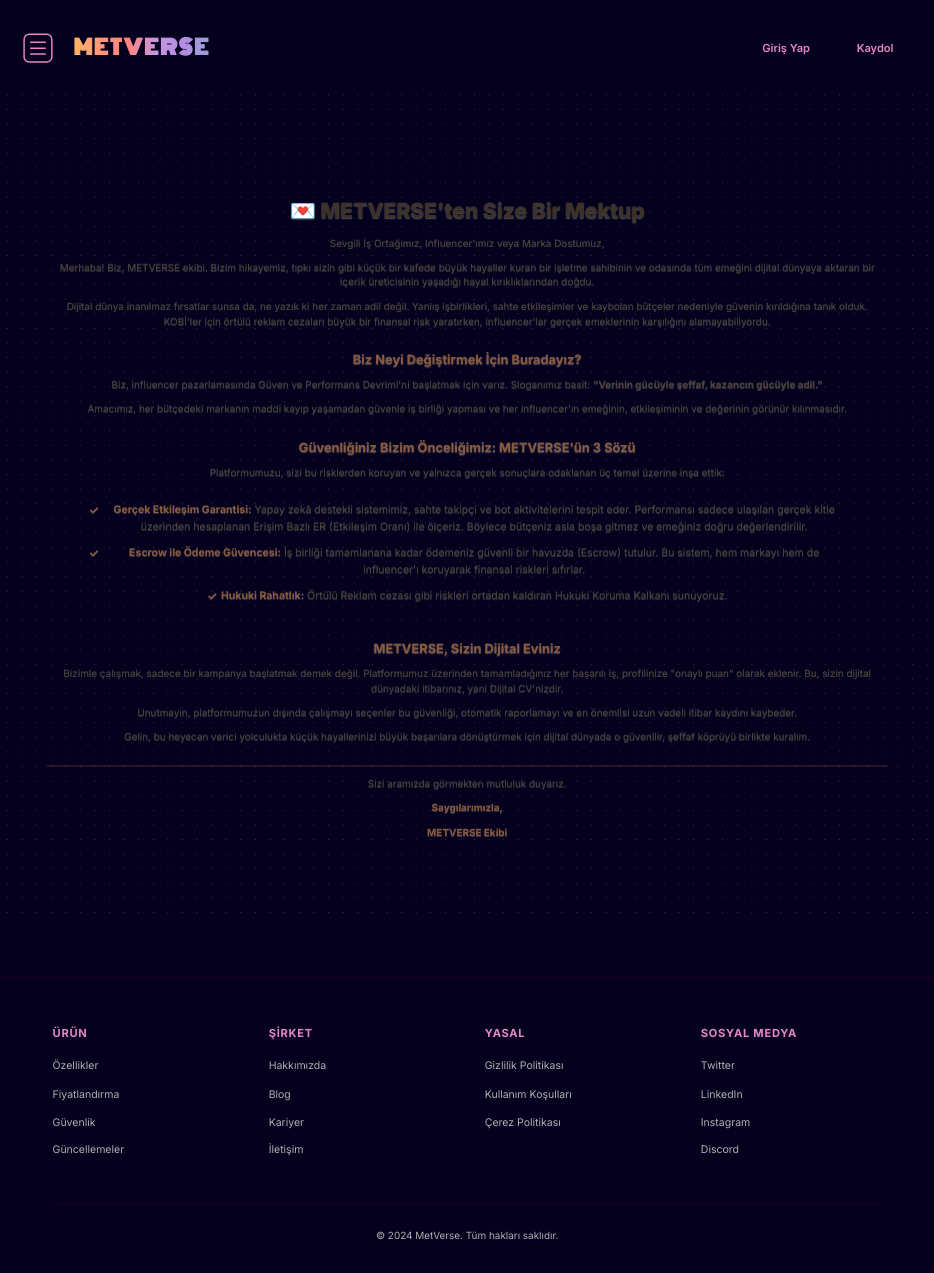
Repository: Selennguveen/metverse_website
Page: Hakkimizda.html
These files come from the project's save history. The page is drawn as it stood at one moment and after the next save; the edit follows.
The browser window is 1280 px wide. The pictures show the whole page, at 73% of full size.

Above is the page before, as saved 2025-12-21 00:21:37.

### Hakkimizda.html
<!DOCTYPE html>
<html lang="tr">
<head>
    <meta charset="UTF-8">
    <meta name="viewport" content="width=device-width, initial-scale=1.0">
    <title>Hakkımızda - MetVerse</title>
    <link href="https://fonts.googleapis.com/css2?family=Inter:wght@300;400;500;600;700;800&family=Roboto:wght@400;500;700&display=swap" rel="stylesheet">
    <link rel="stylesheet" href="styles.css">
    <style>
        .about-section {
            background-color: rgb(4, 0, 29);
            background-image: radial-gradient(circle, rgba(232, 133, 202, 0.3) 1px, transparent 1px);
            background-size: 20px 20px;
            min-height: 100vh;
            padding: 120px 1rem 4rem 1rem;
            position: relative;
        }

        .about-container {
            max-width: 100%;
            margin: 0 auto;
            background-color: transparent;
            border-radius: 0;
            padding: 2rem 3rem;
            box-shadow: none;
            position: relative;
            z-index: 2;
            min-height: auto;
            display: flex;
            flex-direction: column;
            justify-content: flex-start;
            overflow-y: visible;
            max-height: none;
            aspect-ratio: auto;
        }

        .about-container h1 {
            font-size: 1.8rem;
            font-weight: 800;
            color: #3d3228;
            margin-bottom: 1rem;
            text-align: center;
            line-height: 1.2;
            text-shadow: 0 1px 2px rgba(255, 255, 255, 0.3);
        }

        .about-container h2 {
            font-size: 1.1rem;
            font-weight: 700;
            color: #8B5A3C;
            margin-top: 1rem;
            margin-bottom: 0.6rem;
            text-align: center;
            text-shadow: 0 1px 2px rgba(255, 255, 255, 0.3);
        }

        .about-container p {
            font-size: 0.85rem;
            color: #4a4237;
            line-height: 1.5;
            margin-bottom: 0.8rem;
            text-align: center;
            text-shadow: 0 1px 1px rgba(255, 255, 255, 0.2);
        }

        .about-container ul {
            list-style: none;
            padding: 0;
            margin: 1rem 0 1.2rem 0;
            display: flex;
            flex-direction: column;
            align-items: center;
        }

        .about-container li {
            font-size: 0.85rem;
            color: #4a4237;
            line-height: 1.5;
            margin-bottom: 0.8rem;
            padding-left: 1.5rem;
            position: relative;
            text-align: center;
            max-width: 90%;
            text-shadow: 0 1px 1px rgba(255, 255, 255, 0.2);
        }

        .about-container li:before {
            content: "✓";
            position: absolute;
            left: 0;
            color: #8B5A3C;
            font-weight: bold;
            font-size: 1rem;
            margin-right: 0.5rem;
        }

        .about-container li strong {
            color: #8B5A3C;
            font-weight: 700;
        }

        .about-footer-text {
            margin-top: 1rem;
            padding-top: 0.8rem;
            border-top: 2px solid rgba(139, 90, 60, 0.3);
            text-align: center;
            font-size: 0.85rem;
            color: #4a4237;
            line-height: 1.5;
            text-shadow: 0 1px 1px rgba(255, 255, 255, 0.2);
        }

        .about-footer-text strong {
            color: #8B5A3C;
            font-weight: 700;
        }

        @media (max-width: 768px) {
            .about-section {
                padding: 120px 1rem 2rem 1rem;
            }

            .about-container {
                padding: 1rem 0.8rem;
                max-height: 85vh;
                min-height: 450px;
            }

            .about-container h1 {
                font-size: 1.4rem;
                margin-bottom: 0.8rem;
            }

            .about-container h2 {
                font-size: 0.95rem;
                margin-top: 0.8rem;
                margin-bottom: 0.5rem;
            }

            .about-container p,
            .about-container li,
            .about-footer-text {
                font-size: 0.78rem;
                line-height: 1.4;
            }
        }

        @media (max-width: 480px) {
            .about-section {
                padding: 120px 0.5rem 1.5rem 0.5rem;
            }

            .about-container {
                padding: 0.8rem 0.6rem;
                border-radius: 12px;
                max-height: 90vh;
                min-height: 400px;
            }

            .about-container h1 {
                font-size: 1.1rem;
                margin-bottom: 0.6rem;
            }

            .about-container h2 {
                font-size: 0.85rem;
                margin-top: 0.6rem;
                margin-bottom: 0.4rem;
            }

            .about-container p,
            .about-container li,
            .about-footer-text {
                font-size: 0.75rem;
                line-height: 1.3;
            }
        }
            .about-container li,
            .about-footer-text {
                font-size: 0.9rem;
                line-height: 1.6;
            }

            .about-container li {
                padding-left: 1.2rem;
            }
        }
    </style>
</head>
<body>
    <!-- Dinamik Header Bileşeni -->
    <div id="header-container"></div>
    <script src="js/header.js"></script>
    <!-- Navigation -->


    <!-- About Section -->
    <section class="about-section">
        <div class="about-container">
            <h1>💌 METVERSE'ten Size Bir Mektup</h1>

            <p>Sevgili İş Ortağımız, Influencer'ımız veya Marka Dostumuz,</p>

            <p>Merhaba! Biz, METVERSE ekibi. Bizim hikayemiz, tıpkı sizin gibi küçük bir kafede büyük hayaller kuran bir işletme sahibinin ve odasında tüm emeğini dijital dünyaya aktaran bir içerik üreticisinin yaşadığı hayal kırıklıklarından doğdu.</p>

            <p>Dijital dünya inanılmaz fırsatlar sunsa da, ne yazık ki her zaman adil değil. Yanlış işbirlikleri, sahte etkileşimler ve kaybolan bütçeler nedeniyle güvenin kırıldığına tanık olduk. KOBİ'ler için örtülü reklam cezaları büyük bir finansal risk yaratırken, influencer'lar gerçek emeklerinin karşılığını alamayabiliyordu.</p>

            <h2>Biz Neyi Değiştirmek İçin Buradayız?</h2>

            <p>Biz, influencer pazarlamasında Güven ve Performans Devrimi'ni başlatmak için varız. Sloganımız basit: <strong>"Verinin gücüyle şeffaf, kazancın gücüyle adil."</strong></p>

            <p>Amacımız, her bütçedeki markanın maddi kayıp yaşamadan güvenle iş birliği yapması ve her influencer'ın emeğinin, etkileşiminin ve değerinin görünür kılınmasıdır.</p>

            <h2>Güvenliğiniz Bizim Önceliğimiz: METVERSE'ün 3 Sözü</h2>

            <p>Platformumuzu, sizi bu risklerden koruyan ve yalnızca gerçek sonuçlara odaklanan üç temel üzerine inşa ettik:</p>

            <ul>
                <li><strong>Gerçek Etkileşim Garantisi:</strong> Yapay zekâ destekli sistemimiz, sahte takipçi ve bot aktivitelerini tespit eder. Performansı sadece ulaşılan gerçek kitle üzerinden hesaplanan Erişim Bazlı ER (Etkileşim Oranı) ile ölçeriz. Böylece bütçeniz asla boşa gitmez ve emeğiniz doğru değerlendirilir.</li>

                <li><strong>Escrow ile Ödeme Güvencesi:</strong> İş birliği tamamlanana kadar ödemeniz güvenli bir havuzda (Escrow) tutulur. Bu sistem, hem markayı hem de influencer'ı koruyarak finansal riskleri sıfırlar.</li>

                <li><strong>Hukuki Rahatlık:</strong> Örtülü Reklam cezası gibi riskleri ortadan kaldıran Hukuki Koruma Kalkanı sunuyoruz.</li>
            </ul>

            <h2>METVERSE, Sizin Dijital Eviniz</h2>

            <p>Bizimle çalışmak, sadece bir kampanya başlatmak demek değil. Platformumuz üzerinden tamamladığınız her başarılı iş, profilinize "onaylı puan" olarak eklenir. Bu, sizin dijital dünyadaki itibarınız, yani Dijital CV'nizdir.</p>

            <p>Unutmayın, platformumuzun dışında çalışmayı seçenler bu güvenliği, otomatik raporlamayı ve en önemlisi uzun vadeli itibar kaydını kaybeder.</p>

            <p>Gelin, bu heyecan verici yolculukta küçük hayallerinizi büyük başarılara dönüştürmek için dijital dünyada o güvenilir, şeffaf köprüyü birlikte kuralım.</p>

            <div class="about-footer-text">
                <p>Sizi aramızda görmekten mutluluk duyarız.</p>
                <p><strong>Saygılarımızla,</strong></p>
                <p><strong>METVERSE Ekibi</strong></p>
            </div>
        </div>
    </section>

    <!-- Footer -->
    <footer>
        <div class="container">
            <div class="footer-content">
                <div class="footer-section">
                    <h4>Ürün</h4>
                    <ul>
                        <li><a href="#features">Özellikler</a></li>
                        <li><a href="#">Fiyatlandırma</a></li>
                        <li><a href="#">Güvenlik</a></li>
                        <li><a href="#">Güncellemeler</a></li>
                    </ul>
                </div>
                <div class="footer-section">
                    <h4>Şirket</h4>
                    <ul>
                        <li><a href="#">Hakkımızda</a></li>
                        <li><a href="#">Blog</a></li>
                        <li><a href="#">Kariyer</a></li>
                        <li><a href="#">İletişim</a></li>
                    </ul>
                </div>
                <div class="footer-section">
                    <h4>Yasal</h4>
                    <ul>
                        <li><a href="#">Gizlilik Politikası</a></li>
                        <li><a href="#">Kullanım Koşulları</a></li>
                        <li><a href="#">Çerez Politikası</a></li>
                    </ul>
                </div>
                <div class="footer-section">
                    <h4>Sosyal Medya</h4>
                    <ul>
                        <li><a href="#">Twitter</a></li>
                        <li><a href="#">LinkedIn</a></li>
                        <li><a href="#">Instagram</a></li>
                        <li><a href="#">Discord</a></li>
                    </ul>
                </div>
            </div>
            <div class="footer-bottom">
                <p>&copy; 2024 MetVerse. Tüm hakları saklıdır.</p>
            </div>
        </div>
    </footer>


</body>
</html>

### includes/header.html
<nav class="main-header">
    <div class="header-container">
        <!-- SOL: Toggle Menü Butonu + Logo -->
        <div class="header-left">
            <button class="menu-toggle" id="menuToggle">
                <span></span>
                <span></span>
                <span></span>
            </button>
            <a href="/" class="logo-wrapper logo-text-wrapper">
                <span class="logo-text">METVERSE</span>
            </a>
        </div>

        <!-- ORTA: Giriş Yapılı Kullanıcı Navigasyonu -->
        <div class="header-center">
            <nav class="authenticated-nav" id="authenticatedNav" style="display: none;">
                <a href="/influencer-anasayfa" class="nav-item">Profil</a>
                <a href="/analyses" class="nav-item">Analizler</a>
                <a href="/basvuru-ve-teklifler" class="nav-item">Başvuru ve Teklifler</a>
                <a href="/kesfet" class="nav-item">Keşfet</a>
            </nav>
            <nav class="authenticated-nav" id="markaAuthenticatedNav" style="display: none;">
                <a href="/marka-anasayfa" class="nav-item" id="markaProfilLink">Profil</a>
                <a href="/kampanyalarim" class="nav-item" id="markaKampanyalarimLink">Kampanyalarım</a>
                <a href="/analyses" class="nav-item">İşbirliği Analizleri</a>
                <a href="/isbirlikleri" class="nav-item" id="markaIsbirliklerLink">İşbirlikleri</a>
                <a href="/kesfet-marka" class="nav-item" id="markaKesfetLink">Keşfet</a>
            </nav>
        </div>

        <!-- SAĞ: Aksiyon Butonları (Misafir Modu) veya Profil (Giriş Yapılı) -->
        <div class="header-right">
            <!-- GÖRÜNÜM 1: Giriş Yapılı Değilse (Misafir Header) -->
            <div id="general-nav-actions" class="nav-actions">
                <a href="/giris-yap" class="nav-btn login-btn">Giriş Yap</a>
                <a href="/kayit-secim" class="nav-btn register-btn">Kaydol</a>
            </div>

            <!-- GÖRÜNÜM 2: Giriş Yapılı İse (Influencer Header) -->
            <div id="user-nav-actions" class="nav-actions" style="display: none;">
                <div class="profile-section">
                    <div class="profile-name-display" id="profileNameDisplay">
                        <span id="displayUserName">Kullanıcı</span>
                    </div>
                    <button id="profileBtn" class="profile-btn">
                        <span class="profile-icon">👤</span>
                    </button>
                    <div class="dropdown-menu" id="dropdownMenu" style="display: none;">
                        <div class="dropdown-header">
                            <div class="user-info">
                                <h4 id="userName">Kullanıcı Adı</h4>
                                <p id="userEmail">email@example.com</p>
                            </div>
                        </div>
                        <div class="dropdown-divider"></div>
                        <button id="hesabıTamamlaBtn" class="dropdown-item hesabi-tamamla-btn">✓ Hesabı Tamamla</button>
                        <button id="baglantilarBtn" class="dropdown-item baglantilar-btn">🔗 Bağlantılar</button>
                        <button id="logoutBtn" class="dropdown-item logout-btn">Çıkış Yap</button>
                    </div>
                </div>
            </div>
        </div>

        <!-- Yan Menü (Sidebar) -->
        <div class="nav-menu" id="navMenu">
            <a href="/" class="nav-menu-item">Anasayfa</a>
            <a href="/basari-hikayeleri" class="nav-menu-item">Başarı Hikayeleri</a>
            <a href="/blog" class="nav-menu-item">Blog</a>
            <a href="/hakkimizda" class="nav-menu-item">Hakkımızda</a>
            <a href="/iletisim" class="nav-menu-item">İletişim</a>
        </div>
        <div class="nav-overlay" id="navOverlay"></div>
    </div>
</nav>

Loaded but not shown: js/header.js (1905 lines, source omitted); styles.css (3385 lines, source omitted)

After the next save:
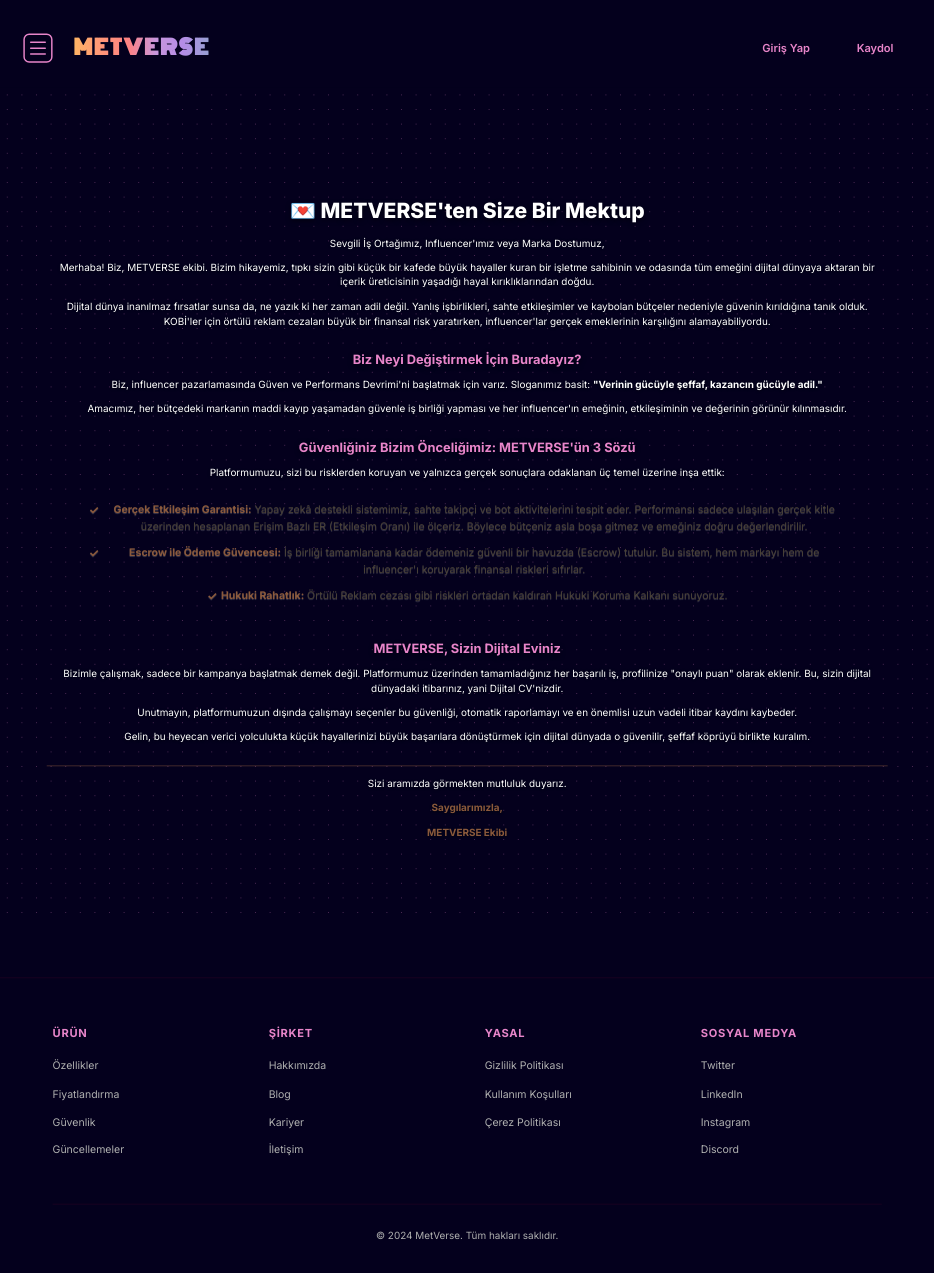
Saved 6 s later.
--- a/Hakkimizda.html
+++ b/Hakkimizda.html
@@ -37,30 +37,30 @@
         .about-container h1 {
             font-size: 1.8rem;
             font-weight: 800;
-            color: #3d3228;
+            color: #ffffff;
             margin-bottom: 1rem;
             text-align: center;
             line-height: 1.2;
-            text-shadow: 0 1px 2px rgba(255, 255, 255, 0.3);
+            text-shadow: 0 2px 8px rgba(0, 0, 0, 0.5);
         }
 
         .about-container h2 {
             font-size: 1.1rem;
             font-weight: 700;
-            color: #8B5A3C;
+            color: #e885ca;
             margin-top: 1rem;
             margin-bottom: 0.6rem;
             text-align: center;
-            text-shadow: 0 1px 2px rgba(255, 255, 255, 0.3);
+            text-shadow: 0 2px 8px rgba(0, 0, 0, 0.5);
         }
 
         .about-container p {
             font-size: 0.85rem;
-            color: #4a4237;
+            color: #ffffff;
             line-height: 1.5;
             margin-bottom: 0.8rem;
             text-align: center;
-            text-shadow: 0 1px 1px rgba(255, 255, 255, 0.2);
+            text-shadow: 0 1px 3px rgba(0, 0, 0, 0.5);
         }
 
         .about-container ul {
